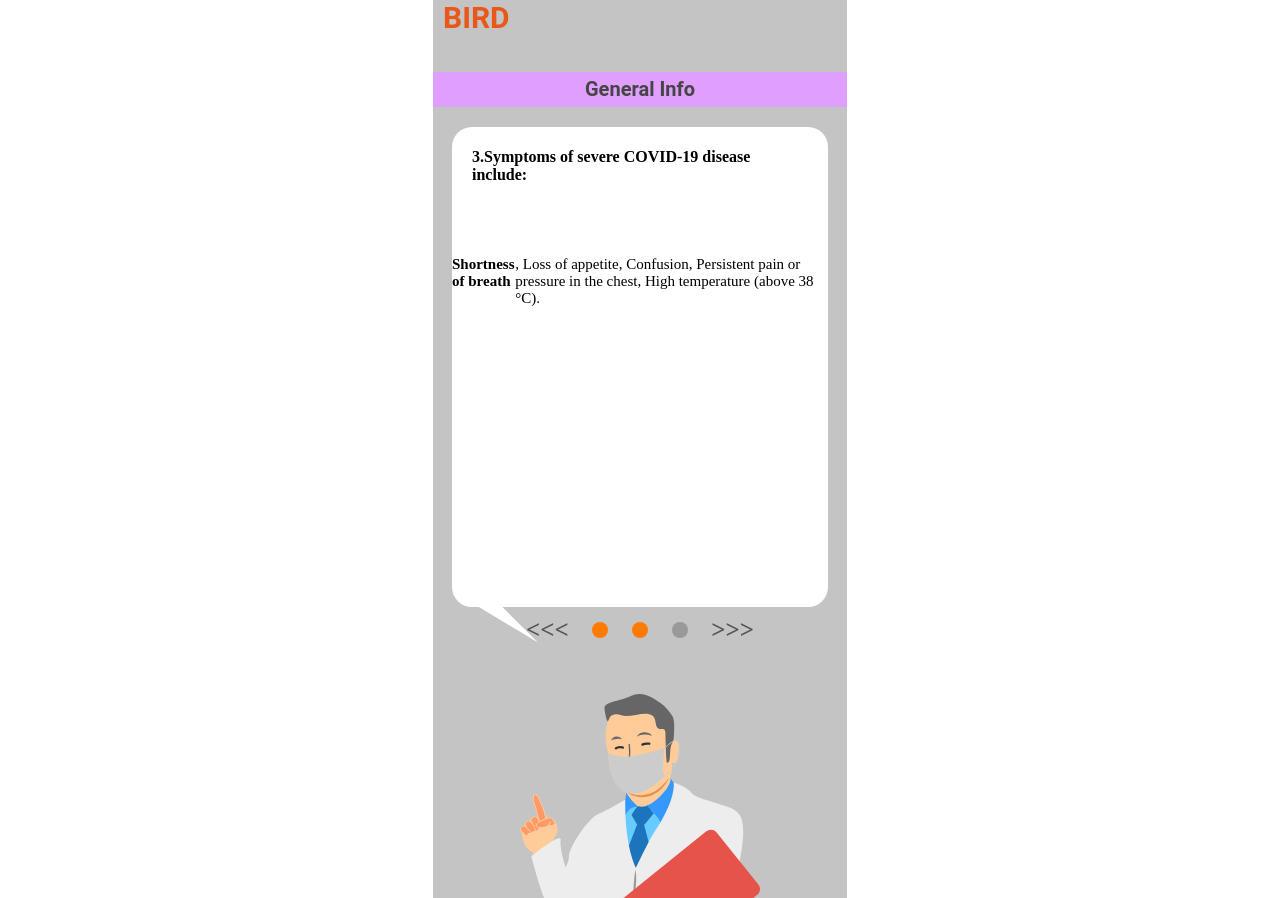
Repository: Levic559/BIRD
Page: General_info-3/1.html
The author's editor kept a copy of each file at every save. The page is drawn from the files as they stood at one save, then again after the next save.
The browser window is 1280 px wide. The pictures show the whole page.

Above is the page before, as saved 2021-03-11 01:16:26.

After the next save:
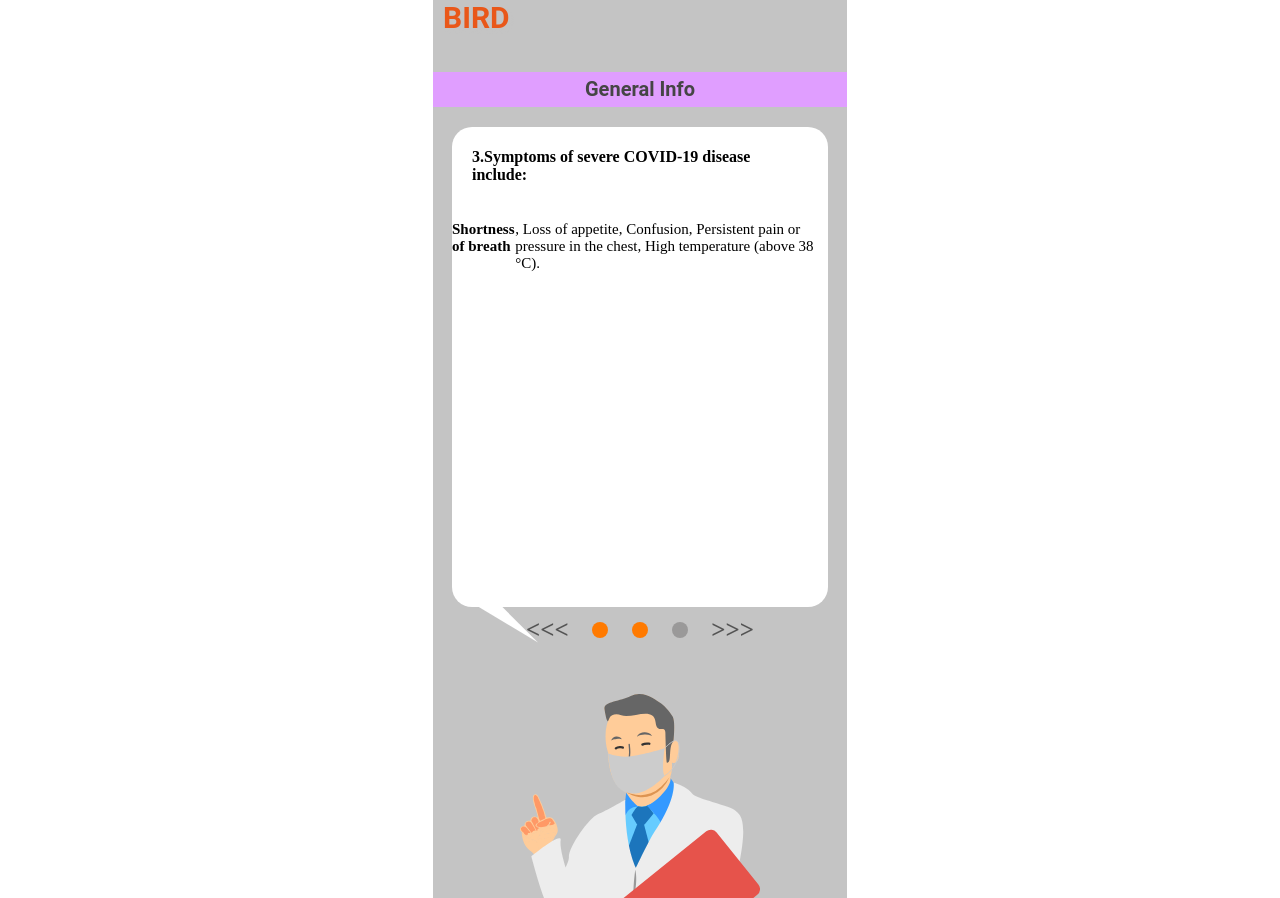
Saved 9 s later.
--- a/General_info_structure/mystyle.css
+++ b/General_info_structure/mystyle.css
@@ -193,5 +193,5 @@ body {
   font-size: 15px;
   position: relative;
   display: flex;
-  margin-bottom: 300px;
+  margin-bottom: 350px;
 }
